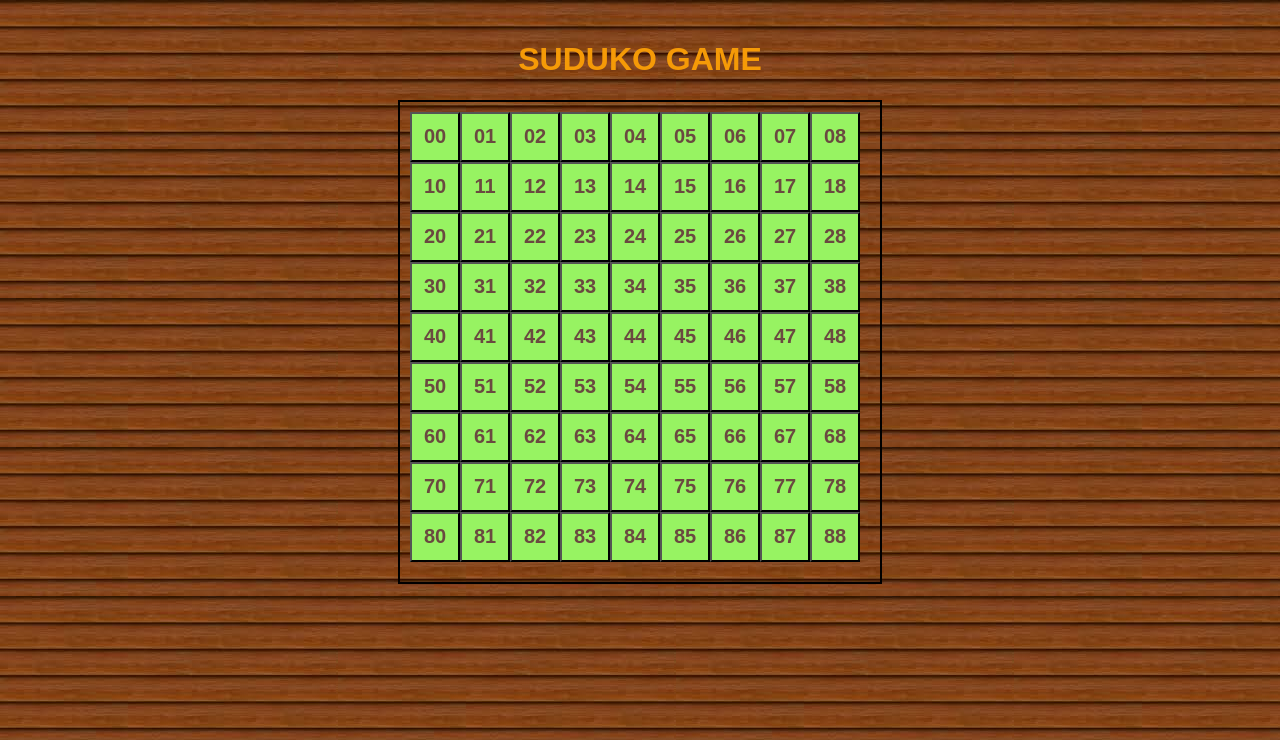
Repository: ahmad8969/Suduko-Game-React-App
Page: /
These files come from the project's save history. The page is drawn as it stood at one moment and after the next save; the edit follows.
The browser window is 1280 px wide. The pictures show the whole page.
Some web fonts or font styles are not loaded; a fallback is used. The project was rebuilt for these pictures with package versions that can differ from the ones it lists, and the page was loaded fresh each time.

Above is the page before, as saved 2021-03-11 15:57:18.

### src/index.js
import React from 'react';
import ReactDOM from 'react-dom';
import './index.css';
import Board from './board';
import reportWebVitals from './reportWebVitals';

ReactDOM.render(
  <React.StrictMode>
    <Board />
  </React.StrictMode>,
  document.getElementById('root')
);



// If you want to start measuring performance in your app, pass a function
// to log results (for example: reportWebVitals(console.log))
// or send to an analytics endpoint. Learn more: https://bit.ly/CRA-vitals
reportWebVitals();

### src/board.js
import React, { useState}  from 'react';   //{useState}
import './App.css';
import Block from './components/block'
import NineBlock from './components/nineBlockComponent';

// function useForceUpdate(){
//   const [counter,setCounter]= useState(0);
//   return setCounter(counter+1);


// }
function Board () {
  const xAxis_Selection_Array_Right=   [];
  const xAxis_Selection_Array_Left=   [];
  const yAxis_Selection_Array_up=[];
  const yAxis_Selection_Array_Down=[];
  const DiagonalSelectionUpward_Selection_Array= [];
  const DiagonalSelectionUpwardLeftUp_selection_Array= [];
  const DiagonalSelectionDownward_selection_Array= [];
  const DiagonalSelectionDownwardLeftDown_selection_Array= [];
  const complete_blocks_Array = [];

  const nine_block_Element_into_Nine = [0,1,2,3,4,5,6,7,8];
  const single_block_Into_Nine = [0,1,2,3,4,5,6,7,8];
  const [getting_current_id, setGetting_current_id]=useState();
  const [Iid, setIid]=useState();
  const [Jid, setJid]=useState();
  const [isClicked,  setIsClicked]= useState(false);
  const [count,setCount]= useState(0);




  const Click = (idOfSpecificButton,i,j,click) =>{

    setGetting_current_id(idOfSpecificButton);
    setIid(i);
    setJid(j);
    setIsClicked(!click);
    setCount(count+1);
    console.log(Iid,Jid,getting_current_id);
  }

  const XaxisSelectionRight = (i,j)=>{
    for(let xAxis= j; xAxis<=8; xAxis++){
      let creatId= `${i}${xAxis}`;
      document.getElementById(creatId).style.backgroundColor="indigo";
      xAxis_Selection_Array_Right.push(creatId);
    }
  }
  const XaxisSelectionLeft = (i,j)=>{
    for(let xAxis= j; xAxis>=0; xAxis--){
      let creatId= `${i}${xAxis}`;
      document.getElementById(creatId).style.backgroundColor="pink";
      xAxis_Selection_Array_Left.push(creatId);
    }
  }

  const YaxisSelectionDown = (i,j)=> {
    for(let xAxis1= j; xAxis1<=8; xAxis1++){
      let creatId=  `${xAxis1}${i}`;
      document.getElementById(creatId).style.backgroundColor="indigo";

      yAxis_Selection_Array_Down.push(creatId);
    }
  }
 const YaxisSelectionUp = (i,j)=> {
    for(let xAxis1= j; xAxis1>=0; xAxis1--){
      let creatId=  `${xAxis1}${i}`;
      document.getElementById(creatId).style.backgroundColor="pink";

      yAxis_Selection_Array_up.push(creatId);
    }
  }

  const DiagonalSelectionUpward = (selectedId)=>{
  let array_of_length= nine_block_Element_into_Nine.length;
  console.log(array_of_length);
  console.log(typeof(array_of_length));
  let get_the_id_of_current_box= parseInt(selectedId);
  console.log(get_the_id_of_current_box);
    for(let hello=get_the_id_of_current_box; hello>=0; hello-=array_of_length){
      if(hello<=9){
        if(hello===9){
          return;
        }else{
        var concatination = 0+`${hello}`;
        document.getElementById(concatination).style.backgroundColor="indigo";
        DiagonalSelectionUpward_Selection_Array.push(concatination);

      }
      } else if(hello===19 || hello===29 || hello===39 || hello===49 || hello===59 || hello===69 || hello===79){
        return;
      }
      else{
        document.getElementById(`${hello}`).style.backgroundColor="indigo";
        DiagonalSelectionUpward_Selection_Array.push(`${hello}`);

      }

    }
  }
        const DiagonalSelectionUpwardLeftUp = (selectedId)=>{
          let array_of_length= 2 + nine_block_Element_into_Nine.length;
          console.log(array_of_length);
          console.log(typeof(array_of_length));
          let get_the_id_of_current_box= parseInt(selectedId);
          console.log(get_the_id_of_current_box);
            for(let hello=get_the_id_of_current_box; hello>=0; hello-=array_of_length){
              if(hello<=9){
                var concatination = 0+`${hello}`;
                document.getElementById(concatination).style.backgroundColor="indigo";
                DiagonalSelectionUpwardLeftUp_selection_Array.push(concatination);
                return;

              } else if( hello===9 || hello===19 || hello===29 || hello===39 || hello===49 || hello===59 || hello===69 || hello===79){
                return;
              }
              else{
                document.getElementById(`${hello}`).style.backgroundColor="indigo";
                DiagonalSelectionUpwardLeftUp_selection_Array.push(`${hello}`);
              }
              console.log(DiagonalSelectionUpwardLeftUp_selection_Array);
            }

          }


        const DiagonalSelectionDownward= (selectedId)=>{
          let array_of_length= nine_block_Element_into_Nine.length;
          console.log(array_of_length);
          console.log(typeof(array_of_length));
          let get_the_id_of_current_box= parseInt(selectedId);
          console.log(get_the_id_of_current_box);
    for(let hello=get_the_id_of_current_box; hello<=88; hello+=array_of_length){
      if(hello===0){
        return;
      }
      else if(hello<=9){
        var concatination = 0+`${hello}`;
        document.getElementById(concatination).style.backgroundColor="indigo";
        DiagonalSelectionDownward_selection_Array.push(concatination);
      } else if(hello===19 || hello===29 || hello===39 || hello===49 || hello===59 || hello===69 || hello===79){
        return;
      }
      else{
        document.getElementById(`${hello}`).style.backgroundColor="indigo";
        DiagonalSelectionDownward_selection_Array.push(`${hello}`);
      }


    }console.log(DiagonalSelectionDownward_selection_Array)
        }
        const DiagonalSelectionDownwardLeftDown= (selectedId)=>{
          let array_of_length= 2 +  nine_block_Element_into_Nine.length;
  console.log(array_of_length);
  console.log(typeof(array_of_length));
  let get_the_id_of_current_box= parseInt(selectedId);
  console.log(get_the_id_of_current_box);
    for(let hello=get_the_id_of_current_box; hello<=88; hello+=array_of_length){
      if(hello === 0){
        return;
      }
      else if(hello<=9){
        var concatination = 0+`${hello}`;
        document.getElementById(concatination).style.backgroundColor="indigo";
        DiagonalSelectionDownwardLeftDown_selection_Array.push(concatination);
      } else if( hello===19 || hello===29 || hello===39 || hello===49 || hello===59 || hello===69 || hello===79){
        return;
      }
      else{
        document.getElementById(`${hello}`).style.backgroundColor="indigo";
        DiagonalSelectionDownwardLeftDown_selection_Array.push(`${hello}`);
      }

    }console.log(DiagonalSelectionDownwardLeftDown_selection_Array);
        }


        const creatingReadOnlyBlock = () => {
          nine_block_Element_into_Nine.map((val)=>{
          return  single_block_Into_Nine.map((valu)=>{
              let valueOfId= `${val}${valu}`;
              return complete_blocks_Array.push(valueOfId);
            });
          })
        }
        const filter_two_arrays= ()=> {
          const complete_selection_array = [
            ...xAxis_Selection_Array_Right,
            ...xAxis_Selection_Array_Left,
            ...yAxis_Selection_Array_Down,
            ...yAxis_Selection_Array_up,
            ...DiagonalSelectionUpward_Selection_Array,
            ...DiagonalSelectionUpwardLeftUp_selection_Array,
            ...DiagonalSelectionDownward_selection_Array,
            ...DiagonalSelectionDownwardLeftDown_selection_Array
          ];
          console.log(complete_selection_array);
            let filteredId = complete_blocks_Array.filter((id) => !complete_selection_array.includes(id));
            filteredId.map((id) => {
              return (document.getElementById(id).disabled = true);
            });
        }

        const changeStateHandler = (getting_current_id,Iid,Jid) => {
          document.getElementById(getting_current_id).style.color="green";
          XaxisSelectionRight(Iid,Jid);
          XaxisSelectionLeft(Iid,Jid);
          YaxisSelectionDown(Iid,Jid);
          YaxisSelectionUp(Iid,Jid);
          DiagonalSelectionUpward(getting_current_id);
          DiagonalSelectionDownward(getting_current_id);
          DiagonalSelectionDownwardLeftDown(getting_current_id);
          DiagonalSelectionUpwardLeftUp(getting_current_id);

        }
         if(Iid && Jid && getting_current_id !=null){
          if(count>1){
             return (

    <div className="App">
    <h1>SUDUKO GAME </h1>
    <div className="board_nine_block_Style">
    {nine_block_Element_into_Nine.map((s,i)=>{
      return(
      <div>

      <NineBlock id={i}>
        {single_block_Into_Nine.map((s,j)=>


          <Block  rowId={i}  click={Click} colId={j} keys={`${i}${j}`} isclick={isClicked}></Block>

        )}

      </NineBlock>
      </div>
      )
    })
    }
    </div>
    </div>
  );
          }
          changeStateHandler(getting_current_id,Iid,Jid);
          creatingReadOnlyBlock();
          filter_two_arrays();


        }


        // console.log(complete_selection_array);



        // console.log(complete_blocks_Array);




  return (

    <div className="App">
    <h1>SUDUKO GAME </h1>
    <div className="board_nine_block_Style">
    {nine_block_Element_into_Nine.map((s,i)=>{
      return(
      <div>

      <NineBlock id={i}>
        {single_block_Into_Nine.map((s,j)=>


          <Block  rowId={i}  click={Click} colId={j} keys={`${i}${j}`} isclick={isClicked}></Block>

        )}

      </NineBlock>
      </div>
      )
    })
    }
    </div>
    </div>
  );
}

export default Board;

### src/App.css
@import url('http://fonts.cdnfonts.com/css/game');
.App {
  text-align: center;
  background-image: url('images/download.jpg');
  color:rgb(245, 154, 7);
  padding-top:20px;
  font-family: 'GAME', sans-serif;
  /* display: flex; */
   height: 100vh !important;
  /* width: 490px !important; */
  margin: 0 auto;

}

.board_nine_block_Style{
  height: 460px !important;
  width: 460px !important;
  border:2px solid black !important;
  padding: 10px;
  margin:  auto !important;
  /* display: flex; */
  /* grid-column-gap: 0px !important;
  grid-row-gap: 0px !important;
  grid-template-columns:repeat(3,1fr)!important; */
}
.heading{
  color: white;
  text-align:center;
  padding-top:50px!important;
  /* margin-top: 10px!important; */
  font-size: 30px;

}


/* @keyframes App-logo-spin {
  from {
    transform: rotate(0deg);
  }
  to {
    transform: rotate(360deg);
  }
} */

### src/components/block.js
import React, {useState, useEffect} from 'react';

import './block.css';


const Block = ({rowId,colId,keys,click,isclick})=>{
    // var uniqueId = `${rowId}`+ `${colId}`;

    const[value, setValue]= useState()
    const[isClicked, setIsClicked]= useState(false);

    useEffect(() => {
    randomCharacters();
      }, []);
    const randomCharacters = () => {
    let random_ascii = Math.floor(Math.random() * (126 - 33 + 1)) + 33;
    let charVal = String.fromCharCode(random_ascii);
    setValue(charVal);
  };






    const onChangeHandler = (e) =>{
        let getting_Current_Value = e.target.value;
        console.log(getting_Current_Value);
        setValue(getting_Current_Value)
    }
    const onKeyUpHandler = (e) =>{


        if(e.keyCode ===13){
            if(e.target.value ===''){
                alert("fill this");
            }else{
            setIsClicked(!isClicked);
        }
        }
    }
    const onFocusOuts = (e) =>{
        let previousValue = e.target.value;
        console.log(previousValue);
            if(previousValue === ''){
                setValue(value);
            }else{
                setValue(previousValue);
            }

    }

    if(isClicked){
        return <input className="inputStyle" value={value}
         onKeyUp={(e)=>{onKeyUpHandler(e)}}
         onChange={(e) => {onChangeHandler(e)}}
         onBlur={(e) => {onFocusOuts(e)}}
          type="text"/>;
    }

return(
    <div className="button_block">
    <button id={keys} onClick={(e)=>{setIsClicked(isclick);click(keys, rowId, colId,isClicked)}} value={value}> {keys}</button>
    </div>

)
}

export default Block;

### src/components/nineBlockComponent.js
import React from 'react';
// import Block from './block'
import './block.css'

const NineBlockBox = (props) =>{

    return (
        <div className="nine_block_Style">
            {props.children}
        </div>
    )
}
export default NineBlockBox;




// {single_block_Into_Nine.map((s,i)=>{
//     let random = Math.floor(Math.random() * (49 - 57)) + 57;
//     const character = String.fromCharCode(random);

//   return(
//     <div>
//       {/* <Block keyId={i} boardId={props.id}  number={character}/> */}
//       {props.children}
//       </div>
//   )
//   })}

### src/components/block.css
.button_block button {
  height: 50px !important;
  width: 50px !important;
  /* background-image: url('../images/wood.jpg'); */
  /* background-color: aquamarine !important; */
  margin: 0 !important;
  font-size: 20px !important;
  font-weight: 600;
  /* color:rgb(109,84,62); */
  color: #6a4940;
  background-color: rgb(151, 243, 98);
}
.nine_block_Style {
  /* height: 150px !important;
    width: 150px !important; */
  /* border:2px solid rgb(245, 154, 7) !important; */
  display: flex;
  /* margin: auto!important; */

  /* grid-template-columns:repeat(3,1fr)!important;
    grid-column-gap: 0px !important;
    grid-row-gap: 0px !important; */
}
.button_block1 {
  height: 40px !important;
  width: 40px !important;
  /* background-image: url('../images/wood.jpg'); */
  /* background-color: aquamarine !important; */
  margin: 0 !important;
  font-size: 20px !important;
  font-weight: 600;
  /* border:2px solid black; */
  /* color:rgb(109,84,62); */
  color: #6a4940;
}
.inputStyle {
  width: 42.7px !important;
  height: 44px !important;
  font-size: 20px !important;
  font-weight: 600;
  color: white;
  /* padding: auto!important; */
  text-align: center !important;
  background-color: green !important;
}

Loaded but not shown: public/index.html (common file); src/index.css (common file); src/reportWebVitals.js (common file)

After the next save:
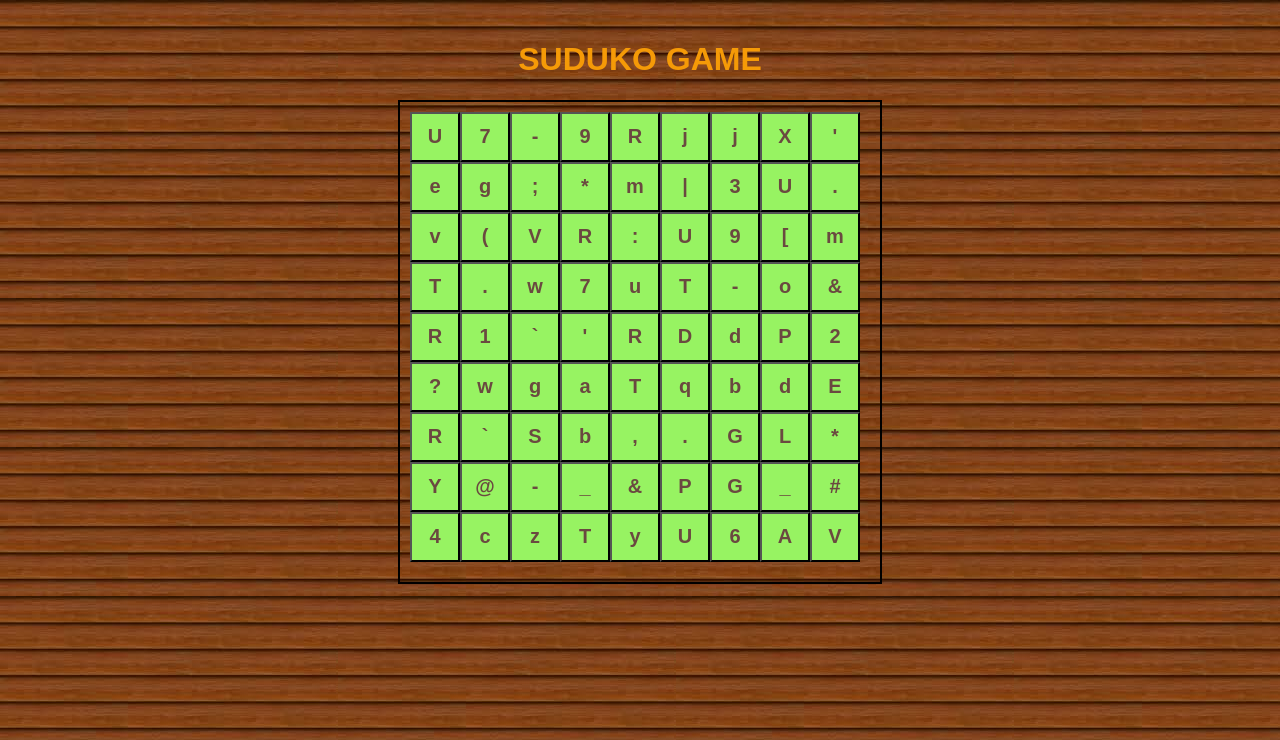
Saved 10 min 54 s later.
--- a/src/components/block.js
+++ b/src/components/block.js
@@ -60,7 +60,7 @@ const Block = ({rowId,colId,keys,click,isclick})=>{
 
 return(
     <div className="button_block">
-    <button id={keys} onClick={(e)=>{setIsClicked(isclick);click(keys, rowId, colId,isClicked)}} value={value}> {keys}</button>
+    <button id={keys} onClick={(e)=>{setIsClicked(isclick);click(keys, rowId, colId,isClicked)}} value={value}> {value}</button>
     </div>
 
 )
